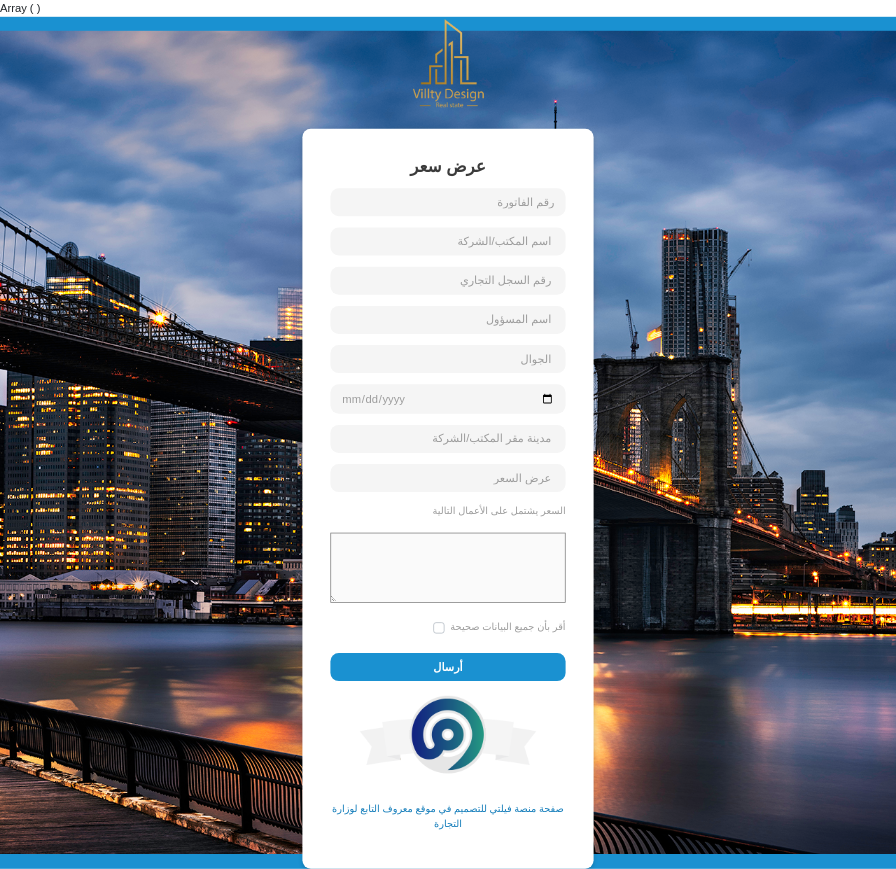
Repository: freejob985/shohragroup_form
Page: http://localhost/
An editor plug-in stored every save of this project. The page is shown before and after a run of saves, followed by the edit.
The browser window is 1280 px wide. The pictures show the part of the page from y = 0 to 1920 px (the page is 1241 px tall before and 720 px after), at 70% of full size.
Some web fonts or font styles are not loaded; a fallback is used. The page is run by PHP 8.4 with error messages shown; the project is at /var/www/html/.

Above is the page before, as saved 2020-11-21 13:04:24.

After the next 6 saves:
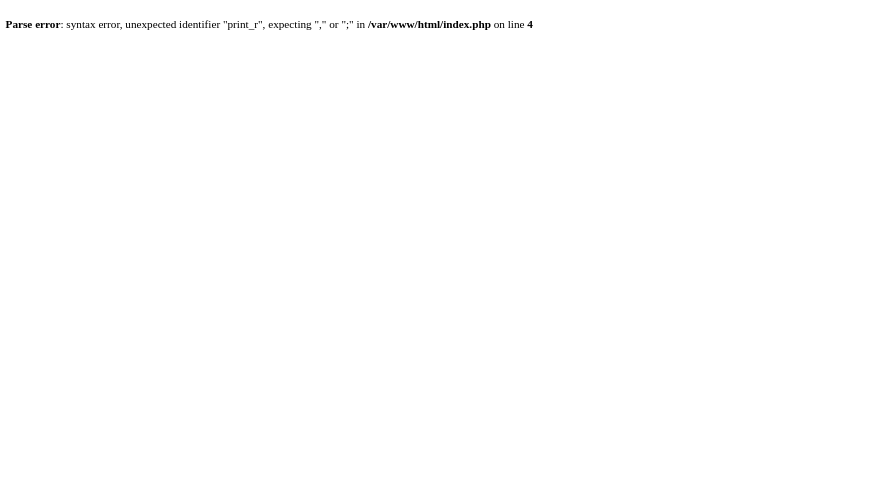
The 6 saves are shown as one change because they came seconds apart.
The last was saved 2 min 16 s later.
--- a/index.php
+++ b/index.php
@@ -1,5 +1,6 @@
 
 <?php
+echo"<pre>"
 print_r($_POST);
 if (isset($_POST['sub'])):
 if ($_POST['sub']):

After the save that followed:
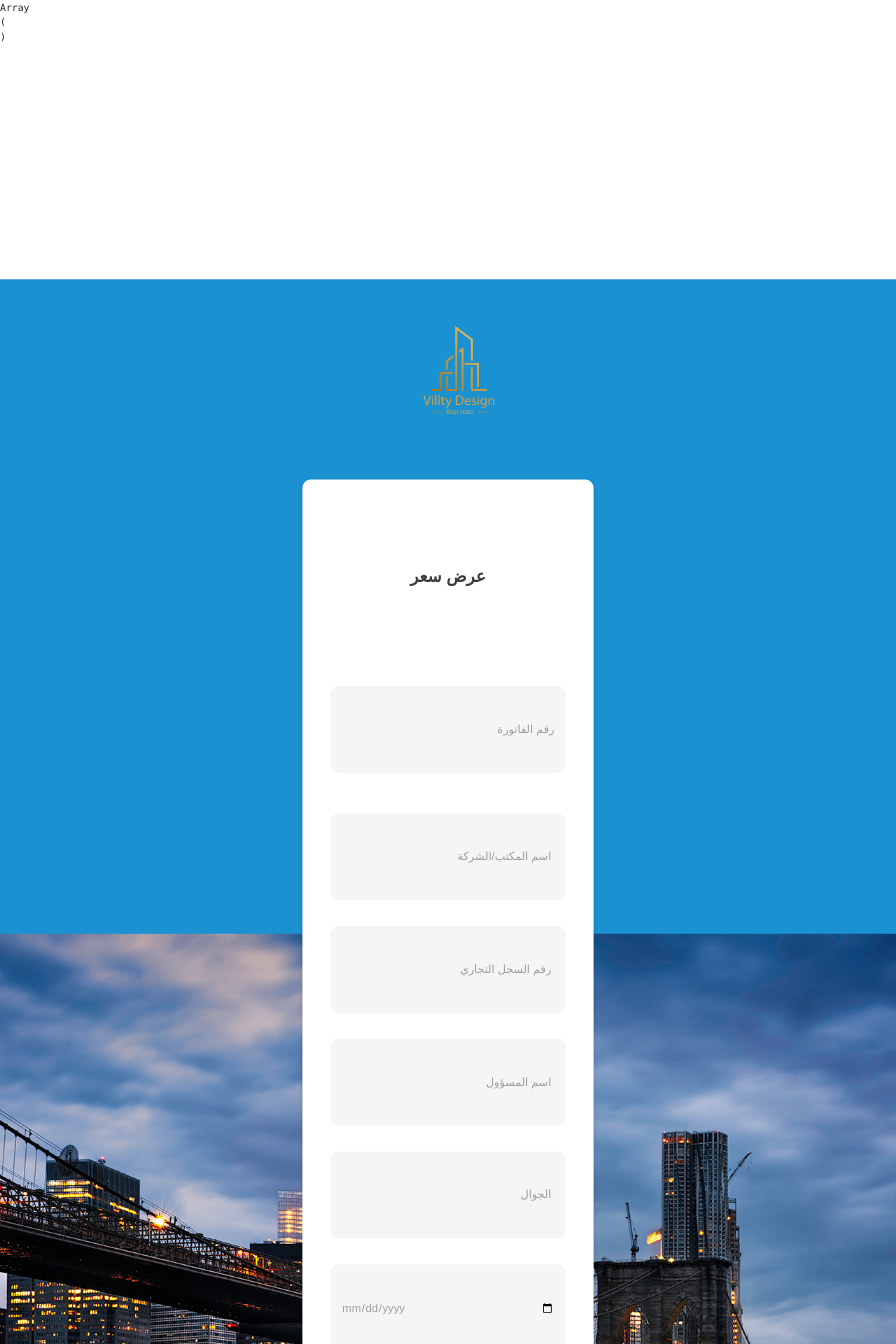
Saved 4 s later.
--- a/index.php
+++ b/index.php
@@ -1,6 +1,6 @@
 
 <?php
-echo"<pre>"
+echo"<pre>";
 print_r($_POST);
 if (isset($_POST['sub'])):
 if ($_POST['sub']):
